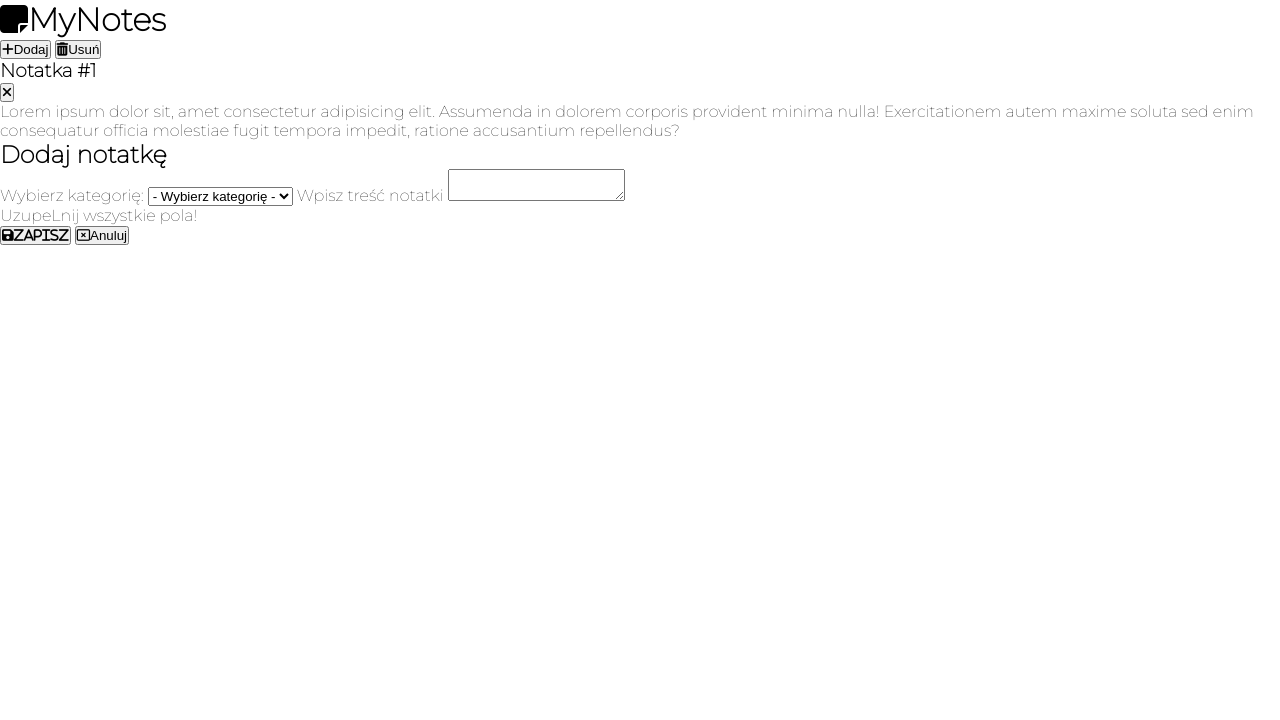
Repository: KrzysKolo/Projekt-7_Notes
Page: js/index.html
These files come from the project's save history. The page is drawn as it stood at one moment and after the next save; the edit follows.
The browser window is 1280 px wide. The pictures show the whole page.
Some web libraries are served in a nearby version.

Above is the page before, as saved 2020-07-07 13:32:08.
Console error: SyntaxError: Unexpected token '<'

### js/index.html
<!DOCTYPE html>
<html lang="en">
  <head>
    <meta charset="UTF-8" />
    <meta name="viewport" content="width=device-width, initial-scale=1.0" />
    <title>projekt 6 - My notes</title>
    <script
      src="https://kit.fontawesome.com/21efeaf281.js"
      crossorigin="anonymous"
    ></script>
    <link
      href="https://fonts.googleapis.com/css2?family=Montserrat:wght@100&display=swap"
      rel="stylesheet"
    />
    <link rel="stylesheet" href="./../css/style.css" />
  </head>
  <body>
    <div class="menu">
      <h1><i class="fas fa-sticky-note"></i>MyNotes</h1>
      <div class="menu-buttons">
        <button class="add icon"><i class="fas fa-plus"></i>Dodaj</button>
        <button class="delete-all icon">
          <i class="fas fa-trash-alt"></i>Usuń
        </button>
      </div>
    </div>

    <div class="note-area">
      <div class="note">
        <div class="note-header">
          <h3 class="note-title">Notatka #1</h3>
          <button class="delete-note"><i class="fas fa-times icon"></i></button>
        </div>

        <div class="note-body">
          Lorem ipsum dolor sit, amet consectetur adipisicing elit. Assumenda in
          dolorem corporis provident minima nulla! Exercitationem autem maxime
          soluta sed enim consequatur officia molestiae fugit tempora impedit,
          ratione accusantium repellendus?
        </div>
      </div>
    </div>

    <div class="note-panel">
      <h2>Dodaj notatkę</h2>
      <label for="category">Wybierz kategorię: </label>
      <select id="category">
        <option value="0" disabled selected>- Wybierz kategorię -</option>
        <option value="1">Praca</option>
        <option value="2">Dom</option>
        <option value="3">Zakupy</option>
        <option value="4">Inne</option>
      </select>

      <label for="text">Wpisz treść notatki</label>
      <textarea id="text"></textarea>

      <p class="error">UzupeLnij wszystkie pola!</p>
      <div class="panel-buttons">
        <button class="save icon"><i class="fas fa-save">Zapisz</i></button>
        <button class="cancel icon">
          <i class="far fa-window-close"></i>Anuluj
        </button>
      </div>
    </div>
    <script src="./../js/index.html"></script>
  </body>
</html>

### css/style.css
* {
  box-sizing: border-box;
  padding: 0;
  margin: 0;
}
body {
  height: 100vh;
  font-family: "Montserrat", sans-serif;
  background-image: background: radial-gradient(circle, rgba(238,239,241,1) 0%, rgba(246,221,232,1) 50%, rgba(238,239,241,1) 100%);
}

After the next save:
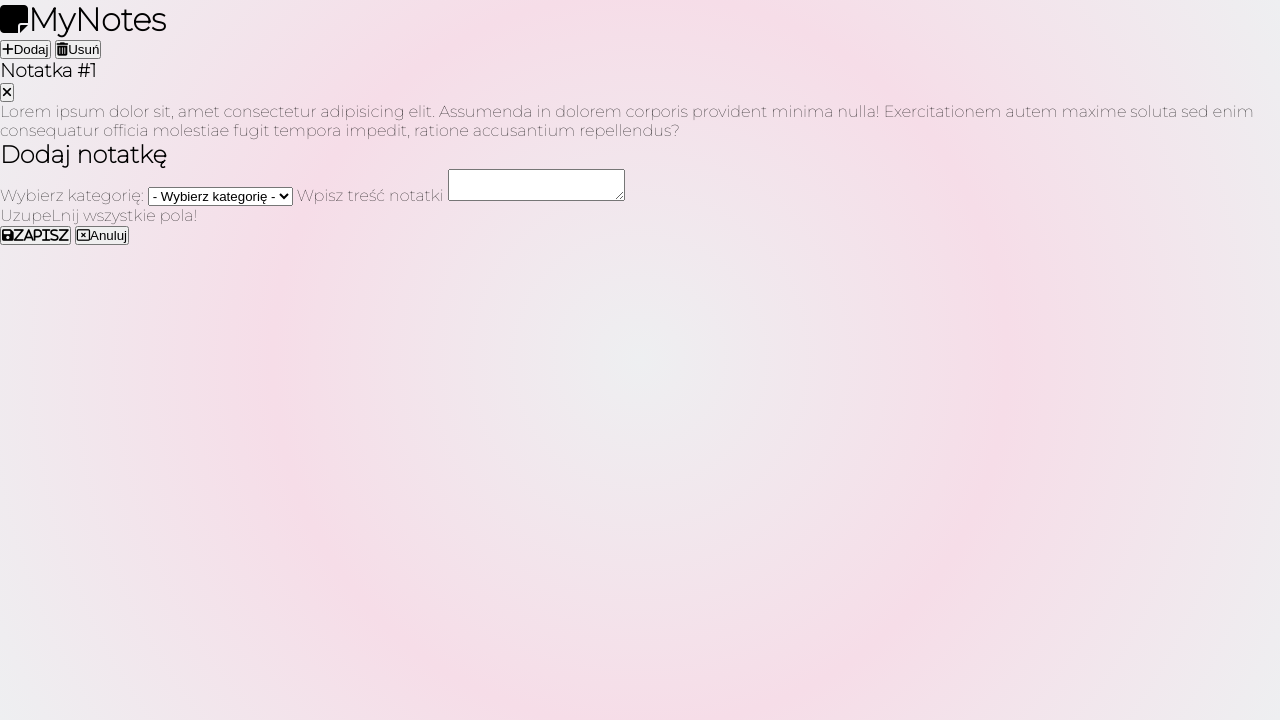
Saved 33 s later.
--- a/css/style.css
+++ b/css/style.css
@@ -6,5 +6,10 @@
 body {
   height: 100vh;
   font-family: "Montserrat", sans-serif;
-  background-image: background: radial-gradient(circle, rgba(238,239,241,1) 0%, rgba(246,221,232,1) 50%, rgba(238,239,241,1) 100%);
+  background-image: radial-gradient(
+    circle,
+    rgba(238, 239, 241, 1) 0%,
+    rgba(246, 221, 232, 1) 50%,
+    rgba(238, 239, 241, 1) 100%
+  );
 }
